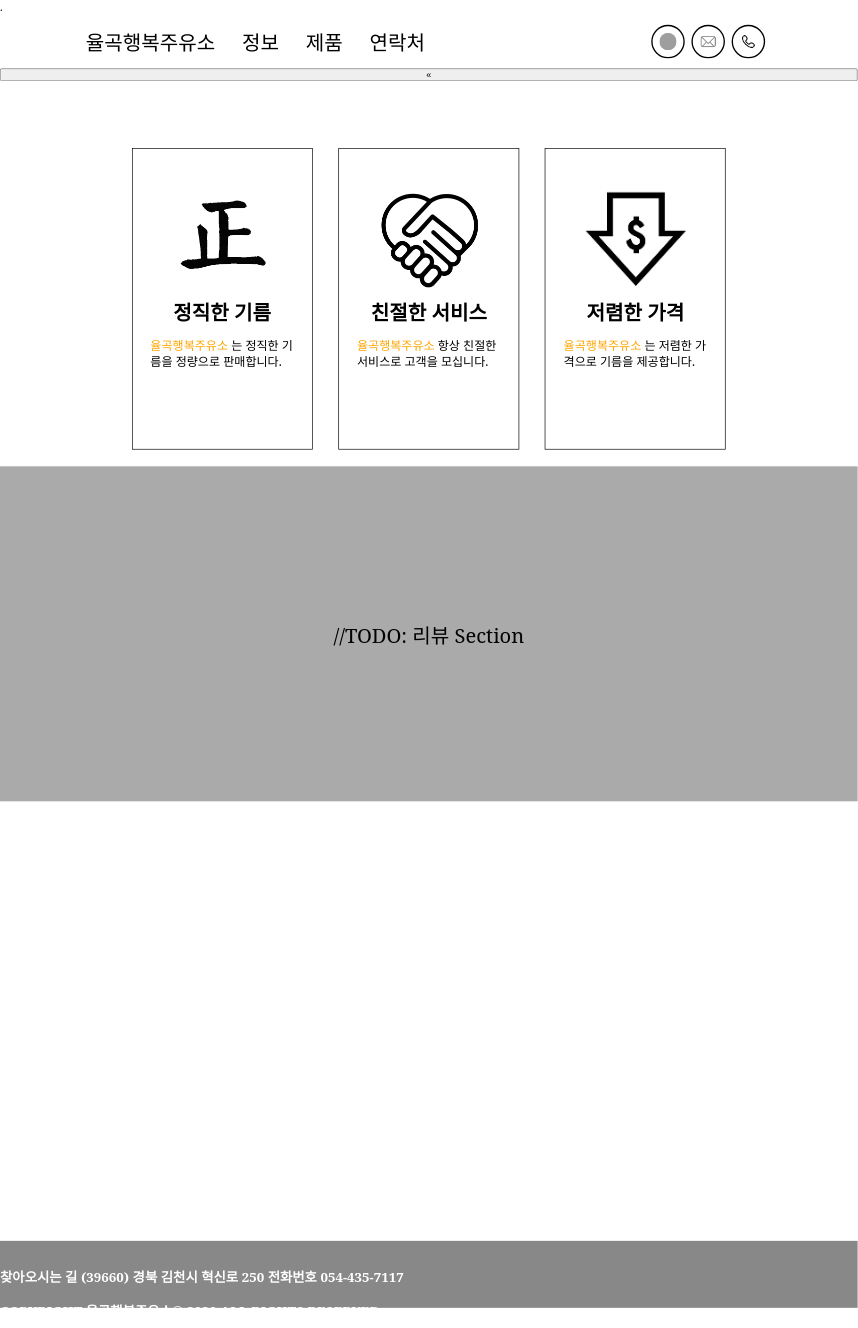
Repository: randomUser134923/pet-projects
Page: pet-projects/web1/index.html
The author's editor kept a record of every edit. The page is drawn from the files as they stood at one moment, then again after the next edit.
The browser window is 1280 px wide. The pictures show the whole page, at 67% of full size.
Pictures or frames that could not be fetched are drawn as grey boxes.

Above is the page before.

### pet-projects/web1/index.html
<!DOCTYPE html>
<html>
    <head>
        <meta charset="utf-8"/>
        <link rel="stylesheet" href="./css/style.css" type="text/css" />
        <link rel="stylesheet" href="./css/banner.css" type="text/css" />
          <link rel="stylesheet" href="https://cdnjs.cloudflare.com/ajax/libs/animate.css/4.1.1/animate.min.css" />
        <script type="text/javascript" src="./js/jquery-3.5.1.js"></script>
        <script src="https://cdnjs.cloudflare.com/ajax/libs/modernizr/2.8.3/modernizr.min.js"></script>.
        <script type="text/javascript" src="./js/banner.js"></script>


    </head>

    <body>
        <header>
            <div class="menu-wrapper">
                <ul class="menu-bar">
                    <li class="home_cont"><a href="#" class="home">율곡행복주유소</a></li>
                    <li class="about_cont"><a href="#" class="about">정보</a></li>
                    <li class="offer_cont"><a href="#" class="offer">제품</a></li>
                    <li class="contract_cont"><a href="#" class="contact">연락처</a></li>
                </ul>

                <ul class="icon-bar">
                    <li><img class="map-icon" src="./images/map.png" /></li>
                    <li><img class="mail-icon" src="./images/mail.png" /></li>
                    <li><img class="call-icon" src="./images/call.png" /></li>
                </ul>

            </div>

        </header>

        <div class="content-wrapper">
            <button onclick="prev()">&laquo;</button>
            <div class="scroller">
                <ul class="items">
                    <li class="item" style="background-image:url(./images/gas-station-1.jpg);"></li>
                    <li class="item" style="background-image:url(./images/img2.jpg);"></li>
                    <li class="item" style="background-image:url(./images/img3.jpg);"></li>
                </ul>
            </div>

            <div class="values">
                <div class="value1">
                    <div class ="value1-icon">
                        <img class= "value-icon-common" src="./images/honest.png"/>
                    </div>
                    <div class="value-text-container">
                        <div class="value-text-container-header">
                            정직한 기름
                        </div>
                        <div class="value-text-container-explain">
                            <p><span class="gas-station-name">율곡행복주유소</span> 는 정직한 기름을 정량으로 판매합니다.</p>
                        </div>
                    </div>
                </div>

                <div class="value2">
                    <div class ="value2-icon">
                        <img class= "value-icon-common" src="./images/kind.png"/>
                    </div>
                    <div class="value-text-container">
                        <div class="value-text-container-header">
                            친절한 서비스
                        </div>
                        <div class="value-text-container-explain">
                            <p><span class="gas-station-name">율곡행복주유소</span> 항상 친절한 서비스로 고객을 모십니다.</p>
                        </div>
                    </div>
                </div>

                <div class="value3">
                    <div class ="value3-icon">
                        <img class= "value-icon-common" src="./images/cheap.png"/>
                    </div>
                    <div class="value-text-container">
                        <div class="value-text-container-header">
                            저렴한 가격
                        </div>
                        <div class="value-text-container-explain">
                            <p><span class="gas-station-name">율곡행복주유소</span> 는 저렴한 가격으로 기름을 제공합니다.</p>
                        </div>
                    </div>
                </div>
            </div>

            <div class="reviews">
                <div class="review-text">
                    //TODO: 리뷰 Section
                </div>
            </div>

        </div>

        <footer>
            <div class="footer_explain">
                <p>
                    <span class="address">찾아오시는 길</span> (39660) 경북 김천시 혁신로 250
                    <span class="phone">전화번호</span> 054-435-7117 <br>
                </p>
            </div>

            <div class="copyright">
                COPYRIGHT <span>율곡행복주유소</span><span>&copy</span> 2020 ALL RIGHTS RESERVED
            </div>
        </footer>
    </body>
</html>

### pet-projects/web1/css/style.css
/* https://freefrontend.com/css-sliders/ */


* {
    padding: 0;
    margin:0;
    box-sizing: border-box;
}

@font-face { font-family: 'NanumBarunGothic';
src: url('/fonts/NanumBarunGothic.eot');
src: url('/fonts/NanumBarunGothic.eot') format('embedded-opentype'),
url('/fonts/NanumBarunGothic.woff') format('woff');}



header {
    display: flex;
    align-items: center;
    justify-content: center;
    height: 80px;
    width: 100%;
    background-color: #FFFFFF;
}

body {
    font-family: 'NanumGothic', 'serif';

}

ul {
    list-style-type: none;
    text-decoration: none;
}


a {
    text-decoration: none;
}

.menu-wrapper {
    display: flex;
    flex-direction: row;
    width: 80%;
    justify-content: space-between;
    align-items: center;
}

.menu-bar {
    display: flex;
    flex-direction: row;
    align-items: center;
}

.icon-bar {
    display: flex;
    flex-direction: row;
    align-items: center;
}

.map-icon , .call-icon , .mail-icon {
    display: flex;
    justify-content: center;
    align-items: center;
    width: 50px;
    height: 50px;
    padding: 10px;
    mix-blend-mode: multiply;
    border: 2px solid black;
    border-radius: 50px;
    margin-right: 10px;
}

.menu-bar li a {
    color: black;
}

.menu-bar li a:hover {
    color: blue;
}


.home , .about, .offer, .contact {
    display: flex;
    justify-content: center;
    align-items: center;
    font-size: 30px;
    margin-right: 40px;
}



.contact {
    margin-right: 0px;
}

.content-wrapper {
    position: relative;
    display: flex;
    flex-direction: column;
    height: 1750px;

}

/*                           Sliding banner                           */
.scroller {
    position: relative;
    display: flex;
    overflow:hidden;
    flex-wrap: nowrap;
    width: 100%;
    height: 750px;
}



/* ------------------------------------------------------------------- */

.values {
    display: flex;
    justify-content: center;
    align-items: center;
    height: 500px;
}


.value1 , .value2 , .value3 {
    position: relative;
    display:flex;
    justify-content: center;
    align-items: flex-end;
    border: 1px solid black;
    width: 270px;
    height: 90%;
    margin-right: 3%;
}

.value-text-container {
    display:flex;;
    flex-direction: column;
    align-items: center;
    width: 80%;
    height: 50%;
    font-size: 18px;
    line-height: 1.3;
}


.value-text-container-header {
    display:flex;
    font-weight: bold;
    font-size: 30px;

}

.value-text-container-explain {
    display:flex;
    margin-top: 20px;
}


.value3 {
    margin-right:0px;
}

.value1-icon , .value2-icon , .value3-icon {
    position: absolute;
    left: 50px;
    top: 50px;
    display: flex;
    justify-content: center;
    align-items: center;

    width: 170px;
    height: 170px;
}

.value-icon-common {
    width: 150px;
    height: 150px;
    mix-blend-mode: multiply;
}

.reviews {
    display: flex;
    justify-content: center;
    align-items: center;
    flex-direction: column;
    height: 500px;
    background-color: #AAAAAA;
}

.review-text {
    display: flex;
    justify-content: center;
    align-items: center;
    height: 75px;
    font-size: 30px;

}

.review-box-wrapper {
    display: flex;
    justify-content: center;
    align-items: center;
    flex-direction: row;
    width: 100%;
    height: 300px;

}

.review-box-1 {
    margin-right: 20px;
}

.review-box-1 , .review-box-2 {
    display: flex;
    justify-content: center;
    align-items: center;
    width: 40%;
    height: 100%;
}

blockquote{
  font-size: 1.4em;
  width:100%;
  height: 100%;
  margin:50px auto;
  font-style:italic;
  color: #555555;
  padding:1.2em 30px 1.2em 75px;
  border-left:8px solid #78C0A8 ;
  line-height:1.3;
  position: relative;
  background:#EDEDED;
}

blockquote::before{
  font-family:Arial;
  content: "\201C";
  color:#78C0A8;
  font-size:4em;
  position: absolute;
  left: 10px;
  top:-10px;
}

blockquote::after{
  content: '';
}

blockquote span{
  display:block;
  color:#333333;
  font-style: normal;
  font-weight: bold;
  margin-top:1em;
}


.scroller {
    display: flex;
    justify-content: center;
    align-items: center;
    height: 75px;
}
footer {
    height: 100px;
    font-size: 20px;
    text-align: left;
    color: white;
    background-color: #888888;
    font-weight: bold;
    line-height: 50px;
    vertical-align: middle;
}

.footer_explain {
    padding-top: 30px;
}

.copyright {
    height: 5px;

}

.gas-station-name {
    color: orange;
    height: 16px;
}

### pet-projects/web1/css/banner.css

i {
    margin: 0;
	padding: 0;
	border: 0;
	font-size: 100%;
	font: inherit;
	vertical-align: baseline;
}


#slides{
  position: relative;
  width: 100%;
  padding: 0;
  margin: 0;
}

.slide{
  height:100%;
  position: relative;
  left: 0;
  top: 0;
  width: 100%;
  opacity: 0;
  transition: opacity 1s;
  background-size: cover;
}

.showing{
  opacity: 1;
  z-index: 2;
}

.slide1{
  background-image: url("../images/img1.jpg")
}

.slide2{
  background-image: url(("../images/img2.jpg)
}

.slide3{
  background-image: url(("../images/img3.jpg")
}



.arrow{
  color: #fff;
  z-index: 3;
  position: absolute;
  top: 80%;
  transition: color 1s;
    font-size: 30px;
}

.arrow:hover{
  cursor: pointer;
  color: #444;

}

.arrow-next{
  left: 20%;
}

.arrow-prev{
  right: 20%;
}



@media(min-width: 750px){

    .arrow-next{
      left: 40%;
    }

    .arrow-prev{
      right: 40%;
    }

}

Loaded but not shown: pet-projects/web1/js/jquery-3.5.1.js (library); pet-projects/web1/js/banner.js (no stored copy; drawn as an empty file)

After the next edit:
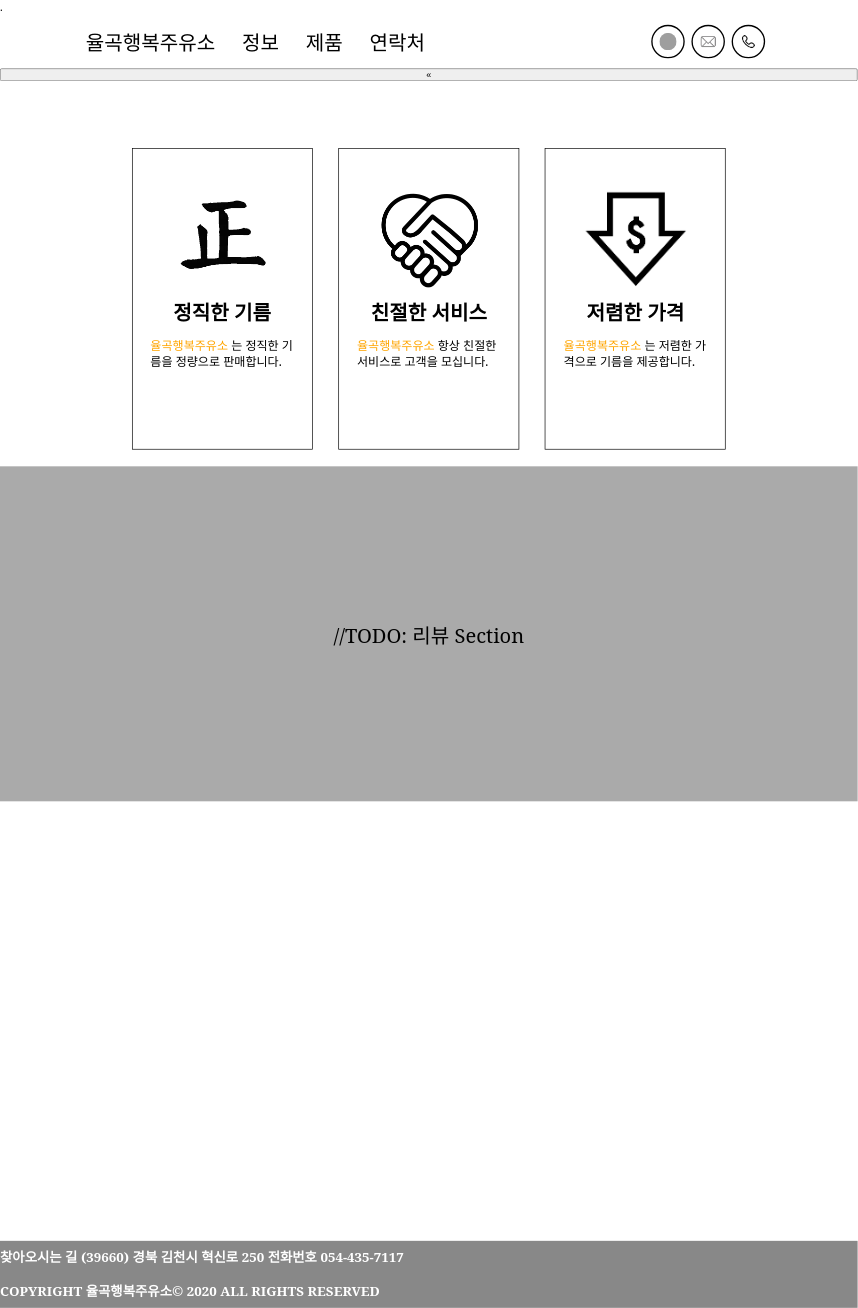
The edit:
--- a/pet-projects/web1/css/style.css
+++ b/pet-projects/web1/css/style.css
@@ -275,9 +275,6 @@
     vertical-align: middle;
 }
 
-.footer_explain {
-    padding-top: 30px;
-}
 
 .copyright {
     height: 5px;
